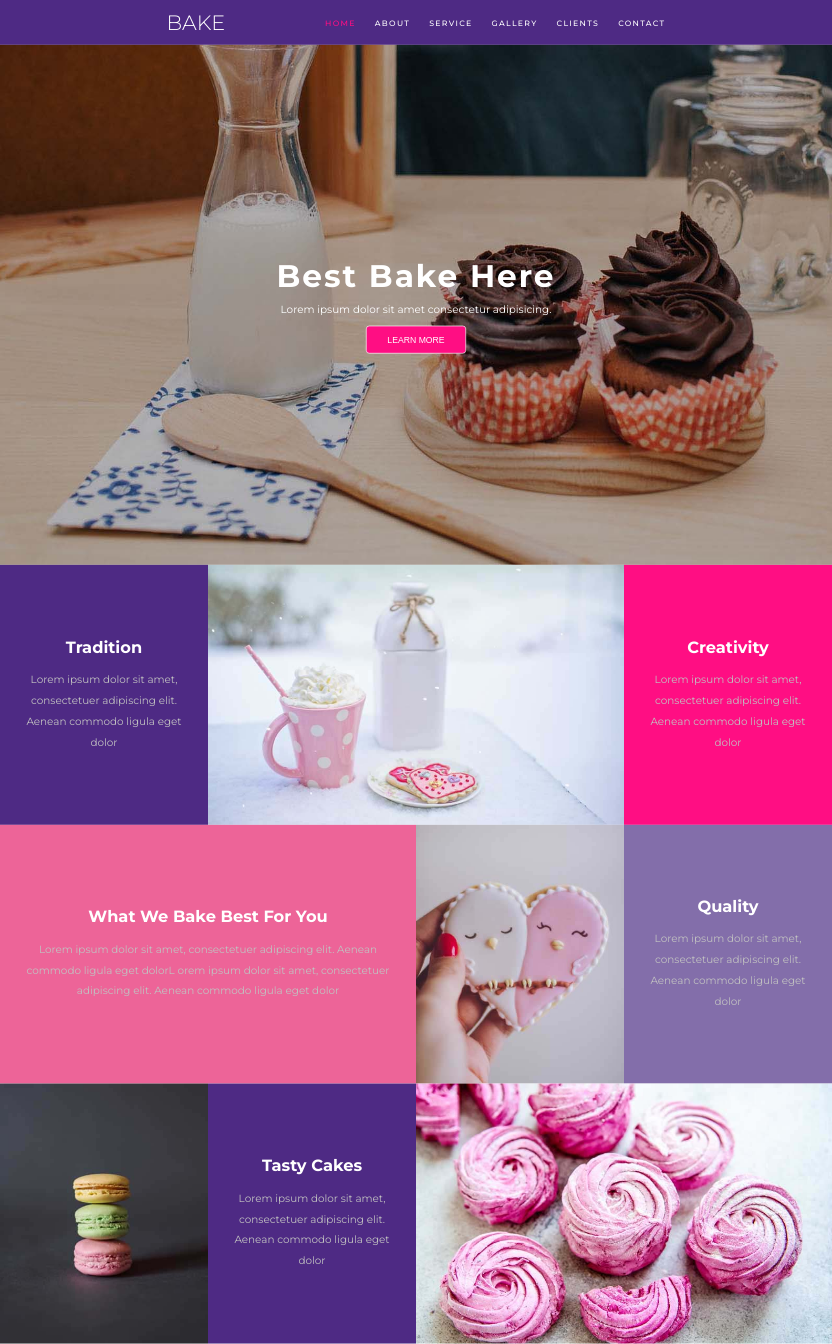
Repository: giahuy405/Bake
Page: index.html
The author's editor kept a copy of each file at every save. The page is drawn from the files as they stood at one save, then again after the next save.
The browser window is 1280 px wide. The pictures show the whole page, at 65% of full size.

Above is the page before, as saved 2022-09-13 15:24:05.

### index.html
<!DOCTYPE html>
<html lang="en">
<head>
    <meta charset="UTF-8">
    <meta http-equiv="X-UA-Compatible" content="IE=edge">
    <meta name="viewport" content="width=device-width, initial-scale=1.0">
    <title>Document</title>
    <!-- Google Fonts -->
    <link href="https://fonts.googleapis.com/css2?family=Montserrat:wght@300;400;500;700&display=swap" rel="stylesheet">

    <link rel="stylesheet" href="./css/index.css">
</head>
<body>
        <header>
            <div class="header__content">
                <h1>BAKE</h1>
                <nav>
                    <ul>
                        <li><a class="active" href="#">HOME</a></li>
                        <li><a href="#">ABOUT</a></li>
                        <li><a href="#">SERVICE</a></li>
                        <li><a href="#">GALLERY</a></li>
                        <li><a href="#">CLIENTS</a></li>
                        <li><a href="#">CONTACT</a></li>
                    </ul>
                </nav>
            </div>
        </header>
        <section class="carousel">
            <div class="carousel__content">
                <h1>Best Bake Here</h1>
                <p>Lorem ipsum dolor sit amet consectetur adipisicing.</p>
                <button>LEARN MORE</button>
            </div>
        </section>
        <section class="intro">
            <div class="intro__item">
                <div class="intro__content">
                    <h3>Tradition</h3>
                    <p>Lorem ipsum dolor sit amet, consectetuer adipiscing elit. Aenean commodo ligula eget dolor</p>
                </div>
            </div>
            <div class="intro__item">
                <img src="./img/ab1.jpg" alt="">
            </div>
            <div class="intro__item">
                <div class="intro__content">
                    <h3>Creativity</h3>
                    <p>Lorem ipsum dolor sit amet, consectetuer adipiscing elit. Aenean commodo ligula eget dolor</p>

                </div>
            </div>
            <div class="intro__item">
                <div class="intro__content">
                    <h3>What We Bake Best For You</h3>
                <p>Lorem ipsum dolor sit amet, consectetuer adipiscing elit. Aenean commodo ligula eget dolorL orem ipsum dolor sit amet, consectetuer adipiscing elit. Aenean commodo ligula eget dolor</p>
                </div>
            </div>
            <div class="intro__item">
                <img src="./img/ab2.jpg" alt="">
            </div>
            <div class="intro__item">
                <div class="intro__content">
                    <h3>Quality</h3>
                    <p>Lorem ipsum dolor sit amet, consectetuer adipiscing elit. Aenean commodo ligula eget dolor</p>
                </div>

            </div>
            <div class="intro__item">
                <img src="./img/ab3.jpg" alt="">
            </div>
            <div class="intro__item">
                <div class="intro__content">
                    <h3>Tasty Cakes</h3>
                    <p>Lorem ipsum dolor sit amet, consectetuer adipiscing elit. Aenean commodo ligula eget dolor</p>
                </div>
            </div>
            <div class="intro__item">
                <img src="./img/ab4.jpg" alt="">
            </div>
        </section>
</body>
</html>

### css/index.css
*{
    padding: 0;
    margin: 0;
    box-sizing: border-box;
}
html{
    font-size: 16px;
    font-family: 'Montserrat', sans-serif;
}
header{
    background-color: #4e2a84;
    color: white;
    padding: 15px 0;
}
header .header__content h1{
    font-weight: 300;
}
nav ul{
    list-style: none;
}
nav li{
    display: inline;
    margin-left: 25px;
}
nav a{
    color: white;
    text-decoration: none;
    font-size: 12px;
    font-weight: 500;
    letter-spacing: 2px;
    transition: all .5s;
}
.header__content{
    display: flex;
    justify-content: space-around;
    align-items: center;
    width: 70%;
    margin: 0 auto;
}
nav ul li .active{
    color: #ff0e83;
}
nav ul li a:hover{
    color: #ff0e83;
}
.carousel{
    background-image: url(../img/b3.jpg);
    height: 800px;
    background-position: center;
    background-size: cover;
    color: white;
    text-align: center;
    display: flex;
    align-items: center;
    justify-content: center;
}
.carousel__content h1{
    font-size: 3rem;
    letter-spacing: 3px;
}
.carousel__content p{
    line-height: 3;
}
button{
    padding: 13px 32px;
    background-color: #ff0e83;
    border: 1px solid white;
    border-radius: 5px;
    color: white;
    cursor: pointer;
    transition: all .5s;
}
button:hover{
    background-color: white;
    color: black;
    border-color: #ff0e83;
}
.intro{
    display: grid;
    grid-template-columns: repeat(4,1fr);
}
.intro__item:nth-child(1),.intro__item:nth-child(8){
    background-color: #4e2a84;
}
.intro__item:nth-child(2){
    grid-column: 2 / span 2;
}
.intro__item:nth-child(3){
    background-color: #ff0e83;
}
.intro__item:nth-child(4){
    grid-column: 1 / span 2;
    background-color: #ed6498;
}
.intro__item:nth-child(9){
    grid-column:  3 / span 2;
}
.intro__item:nth-child(6){
    background-color: #836eaa;
}
.intro__item img{
    width: 100%;
    height: 100%;
}
.intro__item{
    display: flex;
    align-items: center;
    text-align: center;

}
.intro__content{
    padding: 30px;
}
.intro__content h3{
    color: white;
    font-size: 25px;
    margin-bottom: 20px;
}
.intro__content p{
    color: #c1c1c1;
    line-height: 2;
}

After the next save:
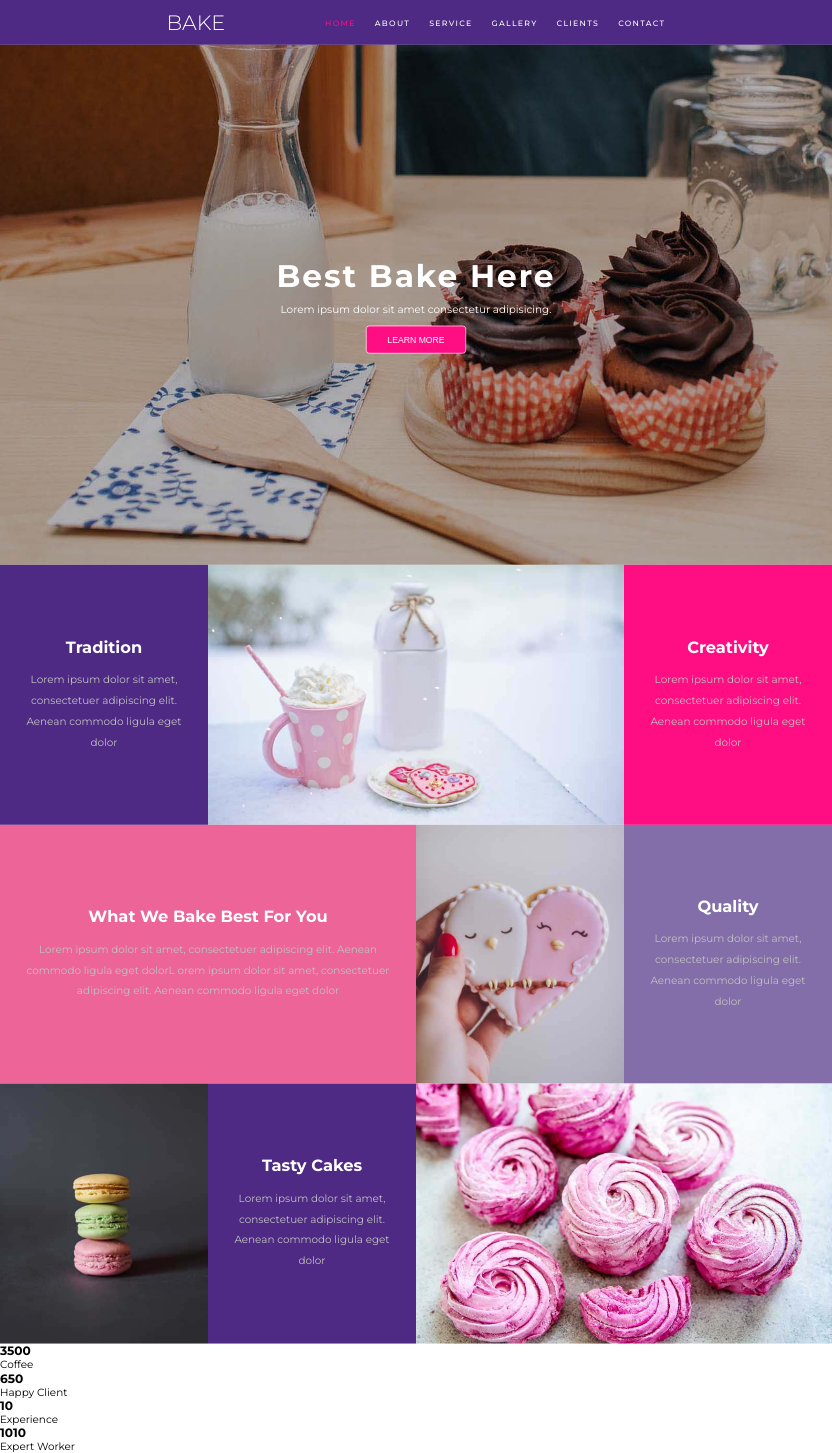
Saved 74 s later.
--- a/index.html
+++ b/index.html
@@ -47,13 +47,12 @@
                 <div class="intro__content">
                     <h3>Creativity</h3>
                     <p>Lorem ipsum dolor sit amet, consectetuer adipiscing elit. Aenean commodo ligula eget dolor</p>
-
                 </div>
             </div>
             <div class="intro__item">
                 <div class="intro__content">
                     <h3>What We Bake Best For You</h3>
-                <p>Lorem ipsum dolor sit amet, consectetuer adipiscing elit. Aenean commodo ligula eget dolorL orem ipsum dolor sit amet, consectetuer adipiscing elit. Aenean commodo ligula eget dolor</p>
+                    <p>Lorem ipsum dolor sit amet, consectetuer adipiscing elit. Aenean commodo ligula eget dolorL orem ipsum dolor sit amet, consectetuer adipiscing elit. Aenean commodo ligula eget dolor</p>
                 </div>
             </div>
             <div class="intro__item">
@@ -79,5 +78,23 @@
                 <img src="./img/ab4.jpg" alt="">
             </div>
         </section>
+        <section class="number">
+            <div class="number__item">
+                <h3>3500</h3>
+                <p>Coffee</p>
+            </div>
+            <div class="number__item">
+                <h3>650</h3>
+                <p>Happy Client</p>
+            </div>
+            <div class="number__item">
+                <h3>10</h3>
+                <p>Experience</p>
+            </div>
+            <div class="number__item">
+                <h3>1010</h3>
+                <p>Expert Worker</p>
+            </div>
+        </section>
 </body>
 </html>
